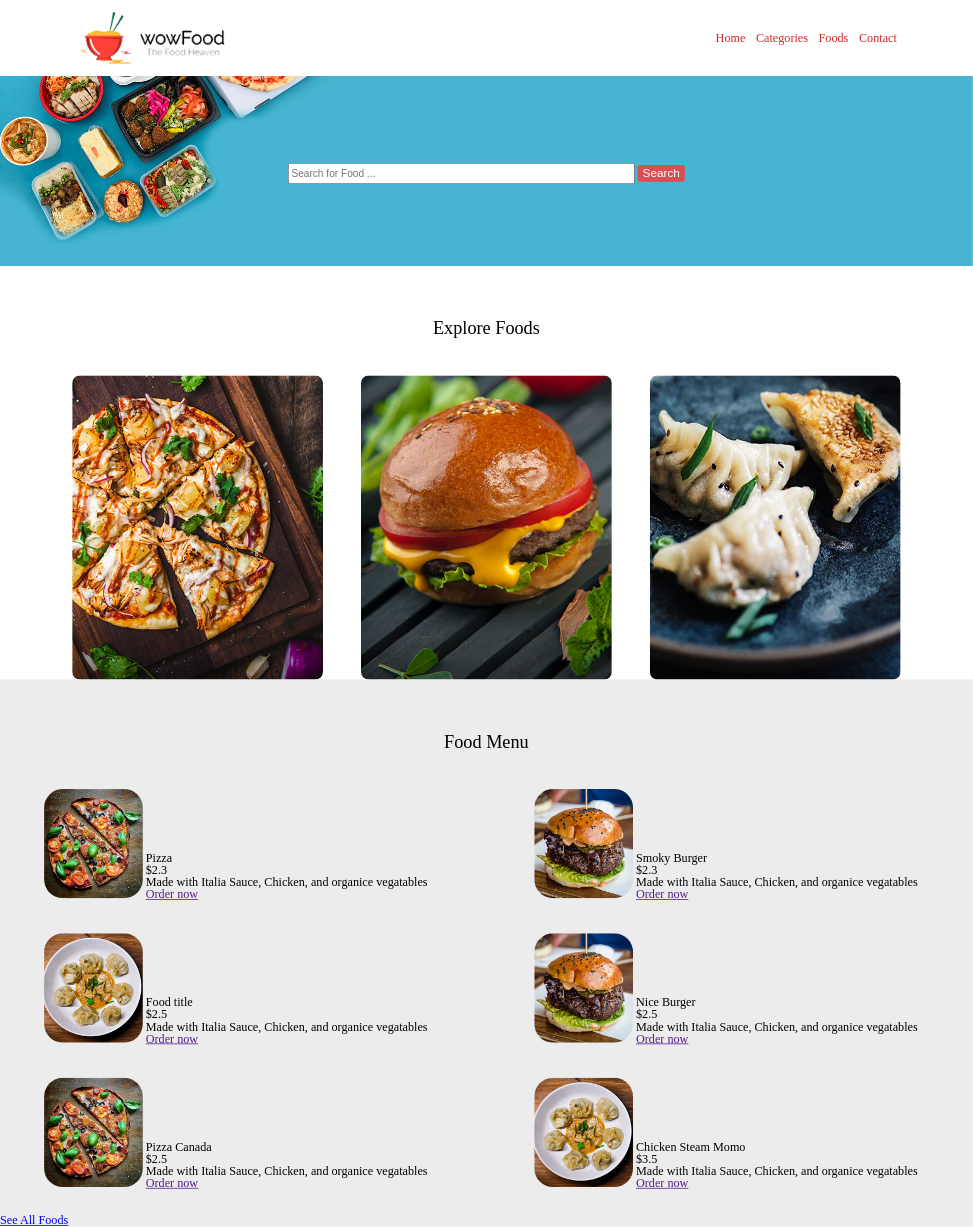
Repository: ruaruababa/WowFood
Page: index.html
An editor plug-in stored every save of this project. The page is shown before and after a run of saves, followed by the edit.
The browser window is 1280 px wide. The pictures show the whole page, at 76% of full size.

Above is the page before, as saved 2021-09-18 00:42:20.

After the next 5 saves:
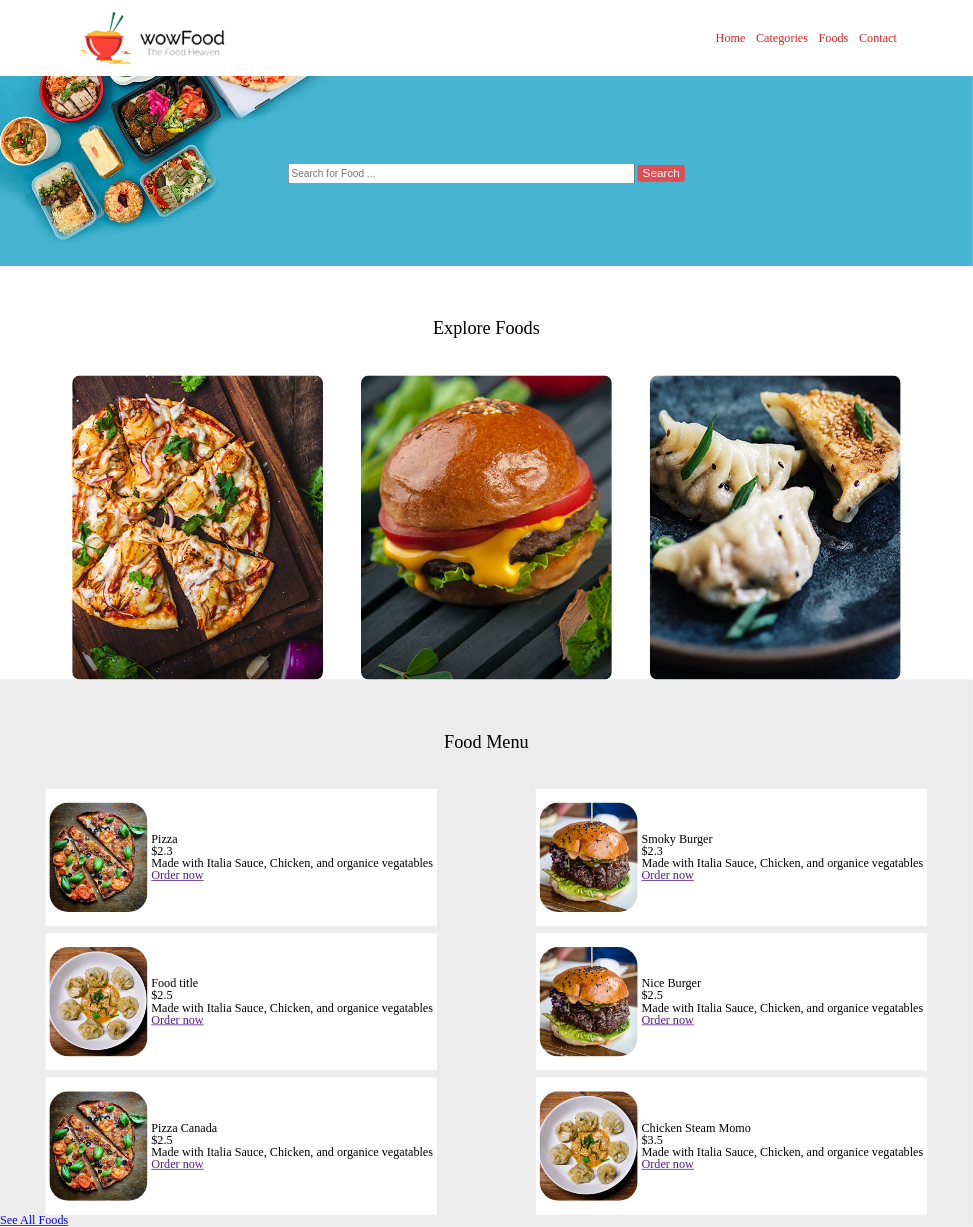
The 5 saves are shown as one change because they came seconds apart.
The last was saved 24 s later.
--- a/style.css
+++ b/style.css
@@ -126,7 +126,9 @@ article{
     grid-auto-rows: 180px;
     justify-items: center;
 }
-.container-item:chi
+.container-item:nth-child(even){
+
+}
 .container-item{
     background-color: #ffffff;
     display: flex;
